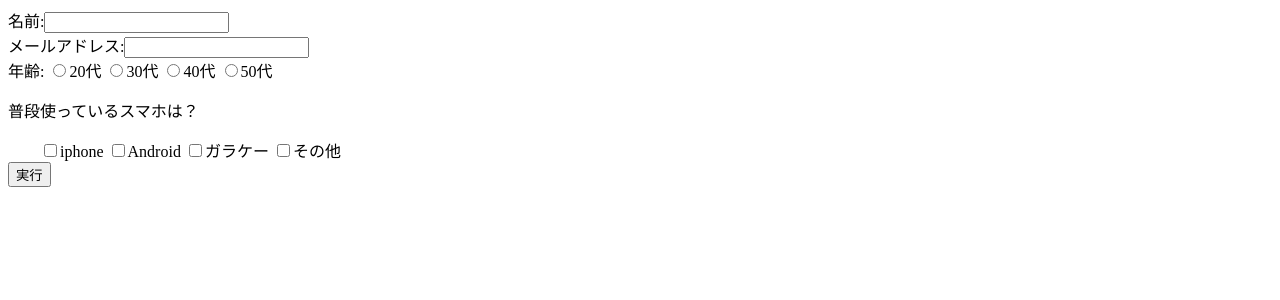
Repository: takahiro-djk/Samurai_JS
Page: samurai_js/index.html
The author's editor kept a record of every edit. The page is drawn from the files as they stood at one moment, then again after the next edit.
The browser window is 1280 px wide. The pictures show the whole page.

Above is the page before.

### samurai_js/index.html
<!DOCTYPE html>
<html lang="ja">
  <head>
    <meta charset="UTF-8">
     <title>JavaScriptの練習</title>

  </head>

  <body>

       <form name="myForm">

         <label>名前:<input type="text" name="name"/></label>

         <br>

         <label>メールアドレス:<input type="email" name="email"/></label>

         <br>

         <label>年齢:</label>
         <input type="radio" name="age" value="20">20代
         <input type="radio" name="age" value="30">30代
         <input type="radio" name="age" value="40">40代
         <input type="radio" name="age" value="50">50代

      　　<p>普段使っているスマホは？</p>
      　　<input type="checkbox" name="os" value="iphone" />iphone
          <input type="checkbox" name="os" value="Android" />Android
          <input type="checkbox" name="os" value="ガラケー" />ガラケー
          <input type="checkbox" name="os" value="その他" />その他

       </form>

        <button id="btn">実行</button>

      <script>
        const btn = document.getElementById('btn');

          btn.addEventListener('click', () => {
              const form = document.forms.myForm;

              form.os.forEach(item => {

                  if(item.checked) console.log(item.value);

              })
          });





      </script>



  </body>
</html>

After the next edit:
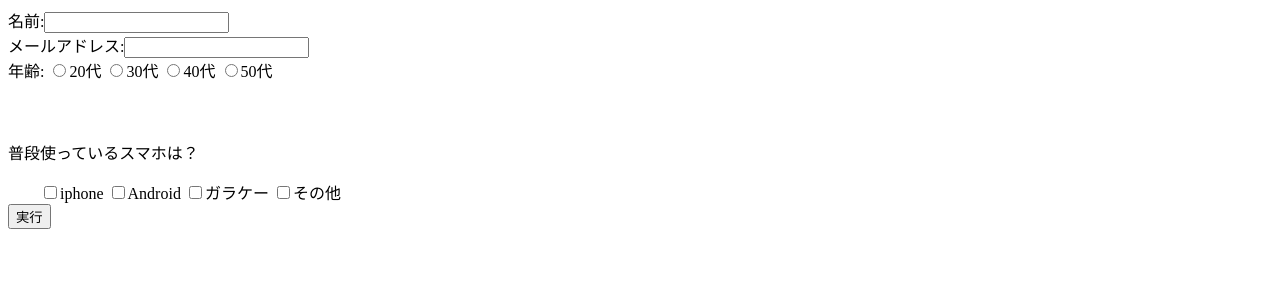
The edit:
--- a/samurai_js/index.html
+++ b/samurai_js/index.html
@@ -19,10 +19,12 @@
          <br>
 
          <label>年齢:</label>
-         <input type="radio" name="age" value="20">20代
-         <input type="radio" name="age" value="30">30代
-         <input type="radio" name="age" value="40">40代
-         <input type="radio" name="age" value="50">50代
+         <input type="radio" name="age" value="20"/>20代
+         <input type="radio" name="age" value="30"/>30代
+         <input type="radio" name="age" value="40"/>40代
+         <input type="radio" name="age" value="50"/>50代
+
+          <br><br>
 
       　　<p>普段使っているスマホは？</p>
       　　<input type="checkbox" name="os" value="iphone" />iphone
